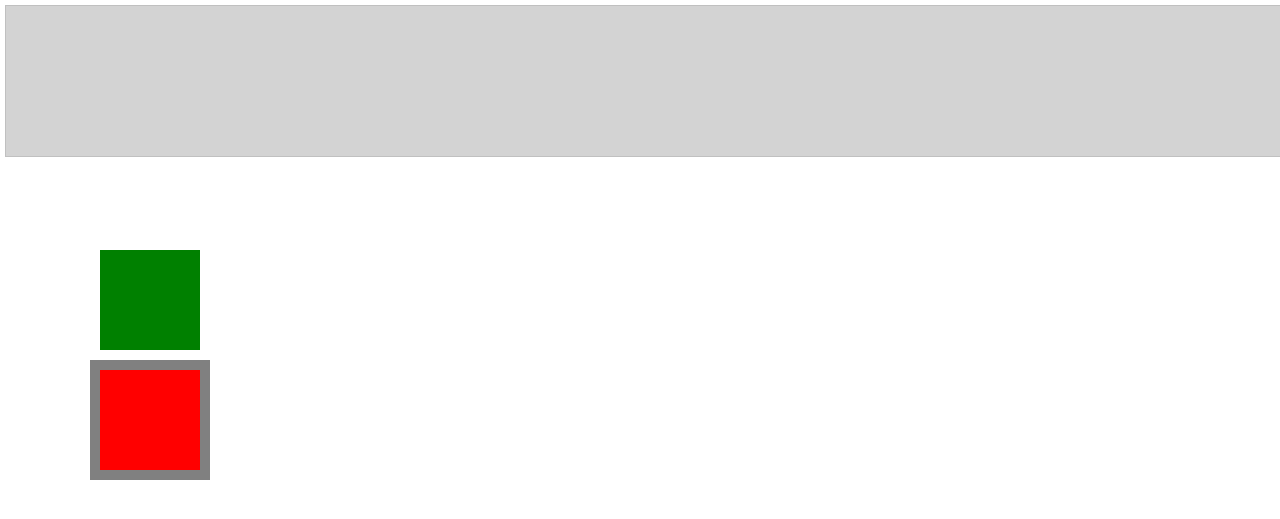
Repository: fun-redoc/creuselatete
Page: touch.html
The author's editor kept a record of every edit. The page is drawn from the files as they stood at one moment, then again after the next edit.
The browser window is 1280 px wide. The pictures show the whole page.

Above is the page before.

After the next edit:
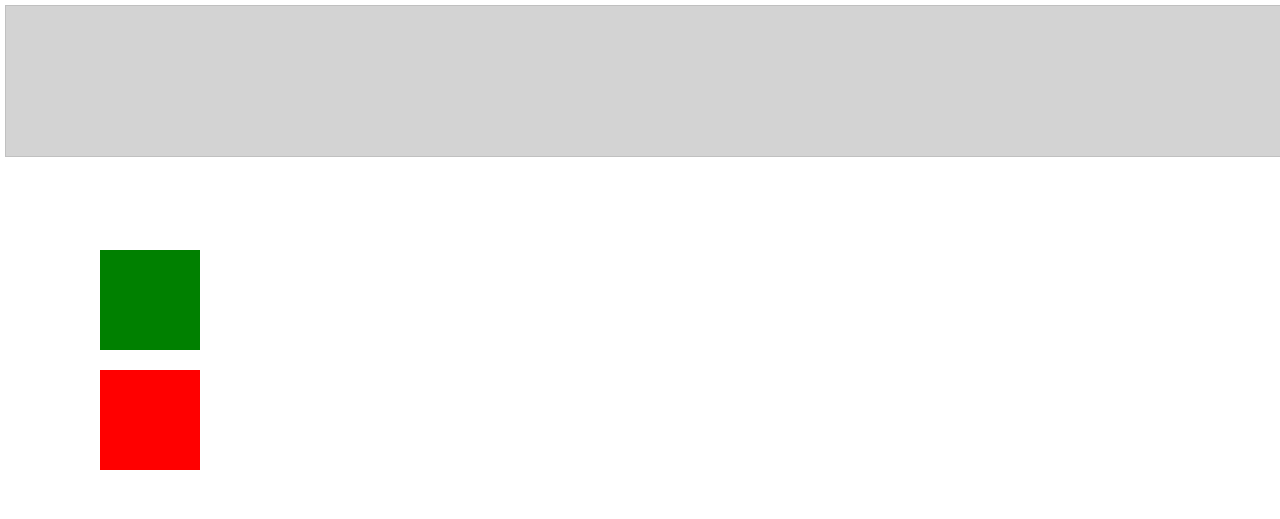
The edit:
--- a/touch.html
+++ b/touch.html
@@ -47,7 +47,7 @@
     </head>
     <body id="body">
         <div class='source color_green' id='source'></div>
-        <div class='dest color_red over' id='dest'></div>
+        <div class='dest color_red' id='dest'></div>
         <ul id='log'></ul>
     </body>
     <script>
